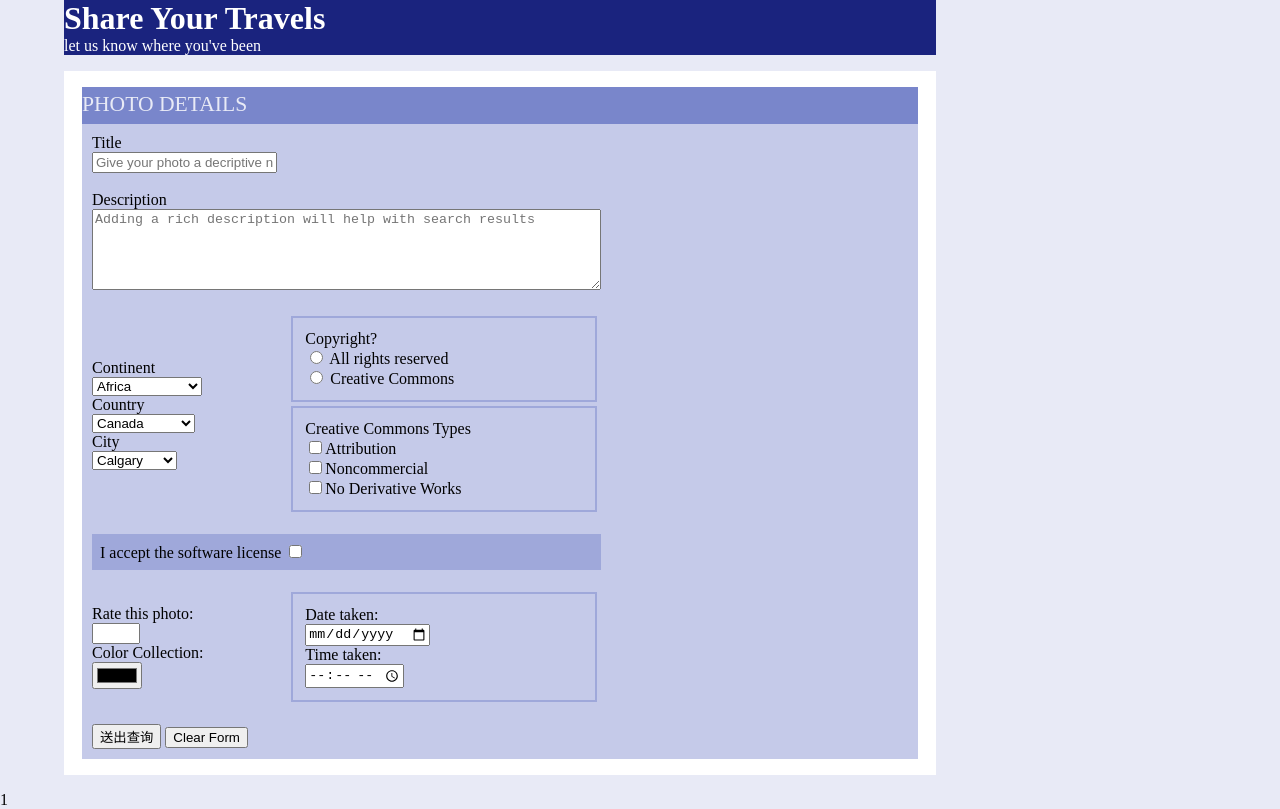
Repository: thomasTAT/UM
Page: cisc3003/CISC3003-EclipseWS-Practices-2023/CISC3003-Practice04-2023FEB17/public/cisc3003-practice04.html
An editor plug-in stored every save of this project. The page is shown before and after a run of saves, followed by the edit.
The browser window is 1280 px wide. The pictures show the whole page.

Above is the page before, as saved 2023-02-24 01:42:34.

After the next 2 saves:
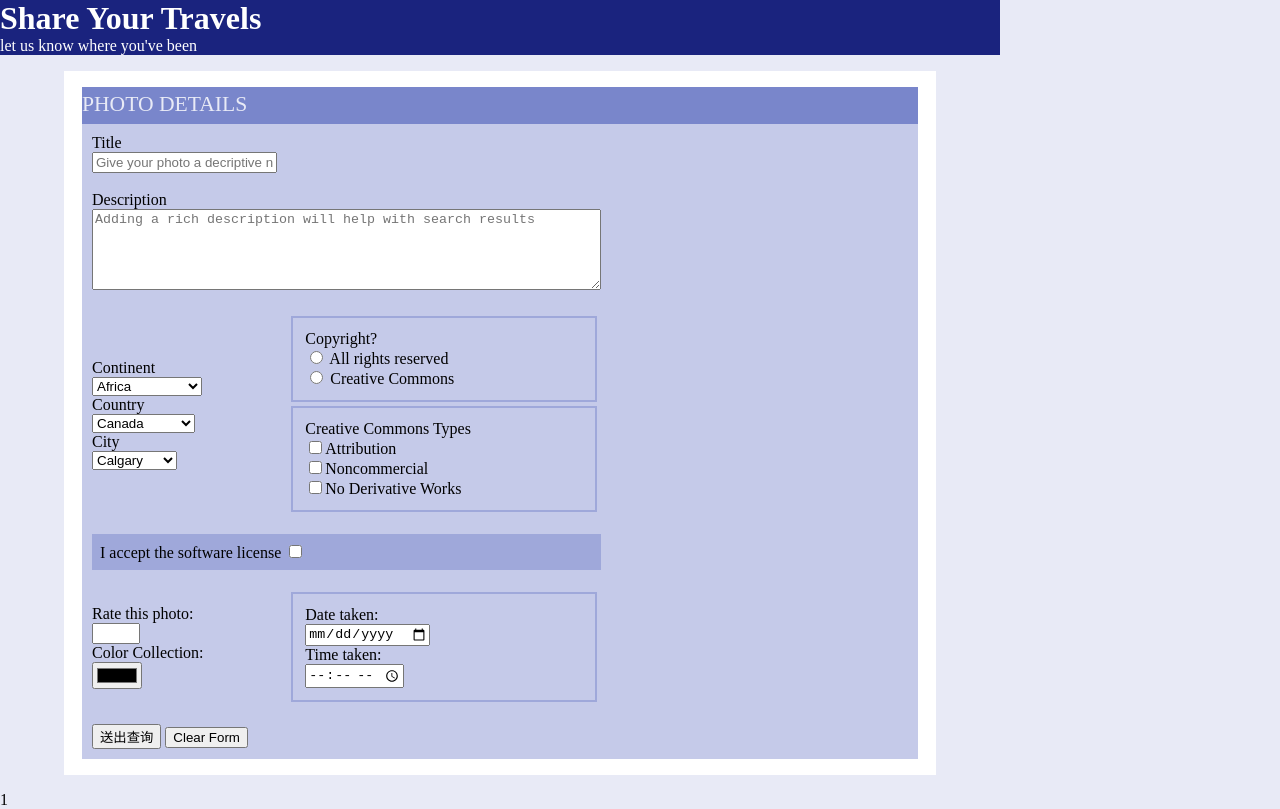
The 2 saves are shown as one change because they came seconds apart.
The last was saved 3 min 50 s later.
--- a/cisc3003/CISC3003-EclipseWS-Practices-2023/CISC3003-Practice04-2023FEB17/public/css/cisc3003-practice04.css
+++ b/cisc3003/CISC3003-EclipseWS-Practices-2023/CISC3003-Practice04-2023FEB17/public/css/cisc3003-practice04.css
@@ -1,5 +1,6 @@
 header {
-    margin: 0em 4em 0.25em 4em;
+    margin-left: auto;
+    margin-right: auto;
     background-color: #1a237e;
     color: white
 }

After the save that followed:
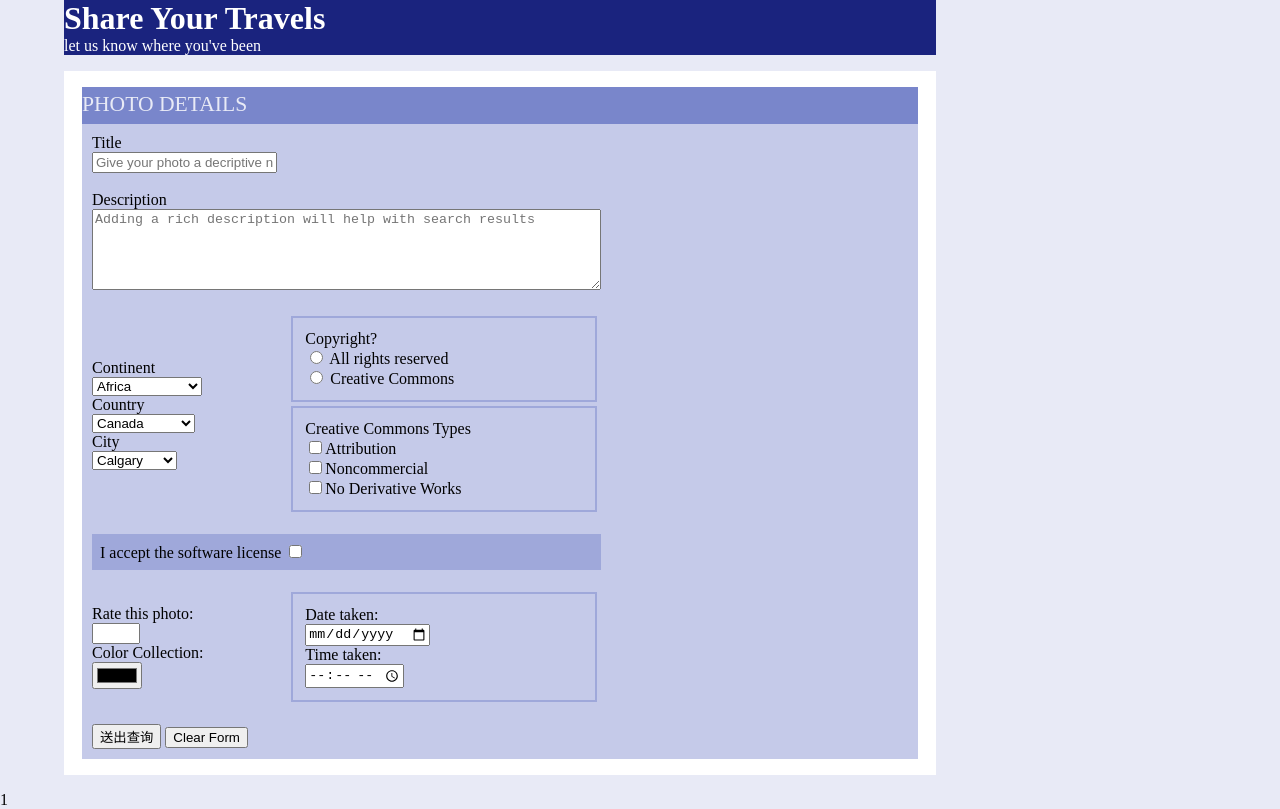
Saved 8 s later.
--- a/cisc3003/CISC3003-EclipseWS-Practices-2023/CISC3003-Practice04-2023FEB17/public/css/cisc3003-practice04.css
+++ b/cisc3003/CISC3003-EclipseWS-Practices-2023/CISC3003-Practice04-2023FEB17/public/css/cisc3003-practice04.css
@@ -1,6 +1,5 @@
 header {
-    margin-left: auto;
-    margin-right: auto;
+    margin: 0em 4em 0.25em 4em;
     background-color: #1a237e;
     color: white
 }
